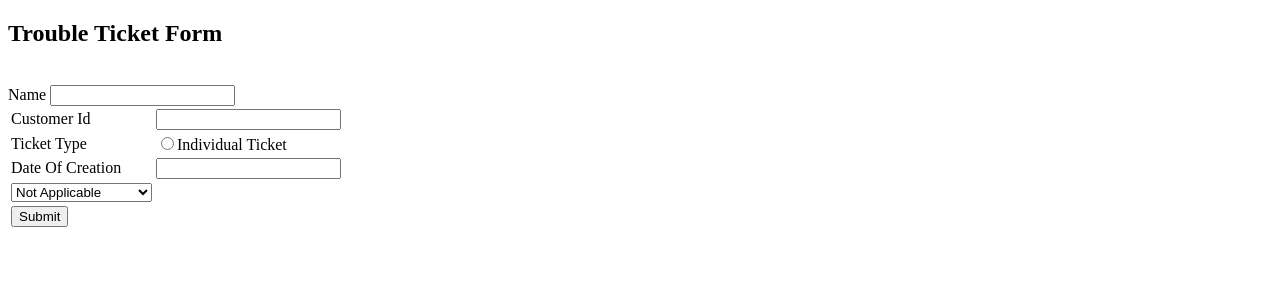
Repository: ApoorvaVeluri/JavaProject
Page: http://localhost/userinterface/Input.jsp
These files come from the project's save history. The page is drawn as it stood at one moment and after the next save; the edit follows.
The browser window is 1280 px wide. The pictures show the whole page.
The page is served by Tomcat 9.

Above is the page before, as saved 2015-08-20 10:54:13.

After the next save:
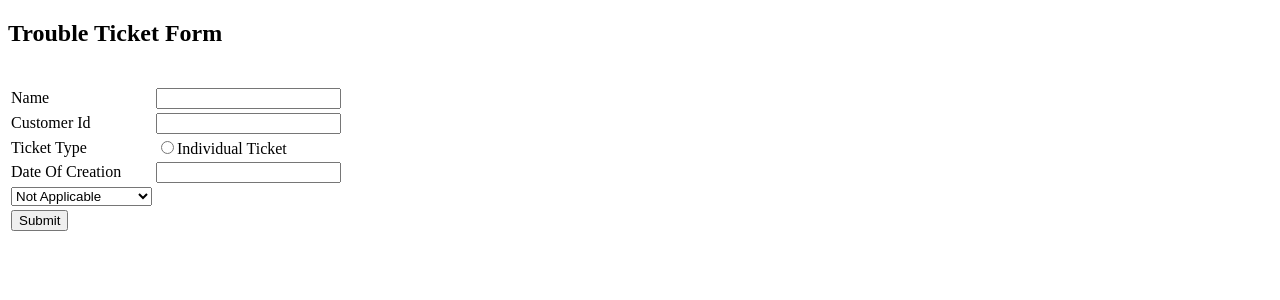
Saved 2 min 36 s later.
--- a/html/userinterface/WebContent/Input.jsp
+++ b/html/userinterface/WebContent/Input.jsp
@@ -14,9 +14,12 @@
 				<br>
 			</div>
 			<label>
-			Name <input id="name" name="name" type="text" />
+				<td>Name</td>
 			</label>
-			<br/>
+			<label>
+			<td><input id="name" name="name" type="text" />
+			</label>
+			<br />
 			<tr>
 				<td>Customer Id</td>
 				<td><input type="text" name="customerid" /></td>
